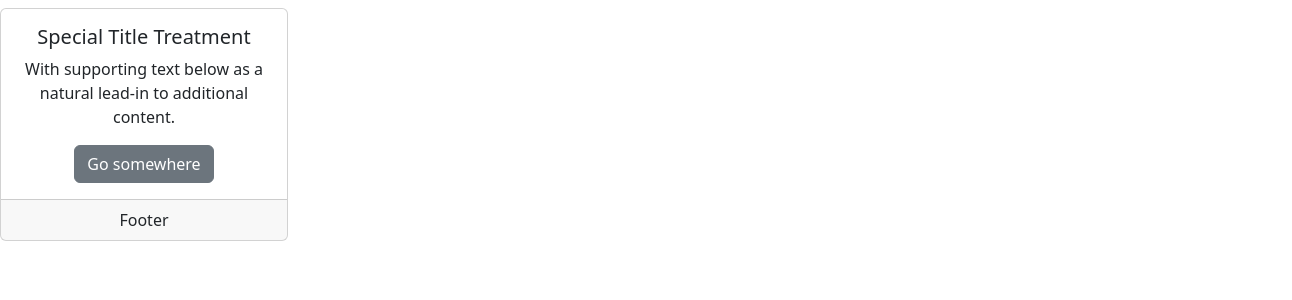
Repository: Rohit1995K/React-redux
Page: /
The author's editor kept a copy of each file at every save. The page is drawn from the files as they stood at one save, then again after the next save.
The browser window is 1280 px wide. The page is 1280 px wide, then 1292 px, so the pictures cover 1292 px, including what lies to the right of the window. The pictures show the whole page.
The project was rebuilt for these pictures with package versions that can differ from the ones it lists, and the page was loaded fresh each time. Also part of the build but not shown: src/Components/CartItem.js, src/Containers/CartContainer.js, src/Components/Navbar.js.

Above is the page before, as saved 2022-10-23 20:52:43.

### src/App.js
import './App.css';
import 'bootstrap/dist/css/bootstrap.min.css';
import CartContainer from './Containers/CartContainer';
import Navbar from './Components/Navbar';
import Login from './Components/Login/Login';

function App() {
  return (
    <div className="App">
        <Login />
        {/* <CartContainer /> */}
    </div>
  );
}

export default App;

### src/Services/Reducers/index.js
import {combineReducers} from 'redux'
import cardItems from "./reducer";

export default combineReducers({
    cardItems
});

### src/Components/Login/Login.js
import React from "react";
import { Card,CardHeader,CardBody,CardTitle,CardText,Button,CardFooter } from "reactstrap";
// import Card from "reactstrap";
// import CardBody from "reactstrap";

const Login = () => {

    return (
<Card
  className="my-2"
  style={{
    width: '18rem'
  }}

>
  {/* <CardHeader>
    Header
  </CardHeader> */}
  <CardBody>
    <CardTitle tag="h5">
      Special Title Treatment
    </CardTitle>
    <CardText>
      With supporting text below as a natural lead-in to additional content.
    </CardText>
    <Button>
      Go somewhere
    </Button>
  </CardBody>
  <CardFooter>
    Footer
  </CardFooter>
</Card>
    )
}

export default Login;

### src/Services/Reducers/reducer.js
// import { ADD_TO_CART, REMOVE_FROM_CART } from "../Constant";
import { createSlice } from "@reduxjs/toolkit";
import cardItems from "../../cartItems";

const initialState = {
    cardData : cardItems,
    amount:4,
    total:0,
    isLoader:true
}

const cartSlice = createSlice({
    name: 'cart',
    initialState,
    reducers: {
        clearCart: (state) => {
            state.cardData = []
        },
        removeItem: (state, action) => {
            const itemId = action.payload;
            state.cardData = state.cardData.filter((item) =>
            item.id !== itemId);
        },
        increase: (state, {payload}) => {
            const cardItem = state.cardData.find((item) => item.id === payload.id);
            cardItem.amount = cardItem.amount + 1;
        },
        decrease: (state, {payload}) => {
            const cardItem = state.cardData.find((item) => item.id === payload.id);
            cardItem.amount = cardItem.amount - 1;
        },
    }
})

export const { clearCart , removeItem} = cartSlice.actions;
export default cartSlice.reducer;

### src/cartItems.js
const cartItems = [
    {
        id:'1',
        title:'iphone',
        price:'4000',
        amount:1
    },
    {
        id:'2',
        title:'samsung',
        price:'3500',
        amount:1
    },
    {
        id:'3',
        title:'oneplus',
        price:'3000',
        amount:1
    },
    {
        id:'4',
        title:'Redmi',
        price:'2000',
        amount:1
    },
    {
        id:'5',
        title:'Oppo',
        price:'2500',
        amount:1
    }
]

export default cartItems;

Loaded but not shown: public/index.html (common file); src/index.js (common file); src/index.css (common file); src/reportWebVitals.js (common file); src/App.css (common file)

After the next save:
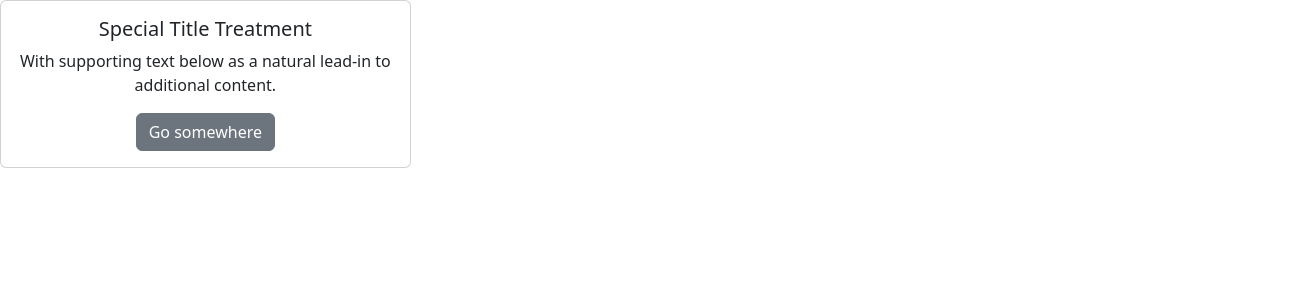
Saved 52 min 58 s later.
--- a/src/Components/Login/Login.js
+++ b/src/Components/Login/Login.js
@@ -1,36 +1,27 @@
 import React from "react";
-import { Card,CardHeader,CardBody,CardTitle,CardText,Button,CardFooter } from "reactstrap";
-// import Card from "reactstrap";
-// import CardBody from "reactstrap";
+import { Card,CardBody,CardTitle,CardText,Button } from "reactstrap";
+
 
 const Login = () => {
 
     return (
-<Card
-  className="my-2"
-  style={{
-    width: '18rem'
-  }}
-
->
-  {/* <CardHeader>
-    Header
-  </CardHeader> */}
-  <CardBody>
-    <CardTitle tag="h5">
-      Special Title Treatment
-    </CardTitle>
-    <CardText>
-      With supporting text below as a natural lead-in to additional content.
-    </CardText>
-    <Button>
-      Go somewhere
-    </Button>
-  </CardBody>
-  <CardFooter>
-    Footer
-  </CardFooter>
-</Card>
+        <div className="row">
+            <div className="col-offset-md-4 col-md-4">
+                <Card>
+                    <CardBody>
+                        <CardTitle tag="h5">
+                            Special Title Treatment
+                        </CardTitle>
+                        <CardText>
+                            With supporting text below as a natural lead-in to additional content.
+                        </CardText>
+                        <Button>
+                            Go somewhere
+                        </Button>
+                    </CardBody>
+                </Card>
+            </div>
+        </div>
     )
 }
 
